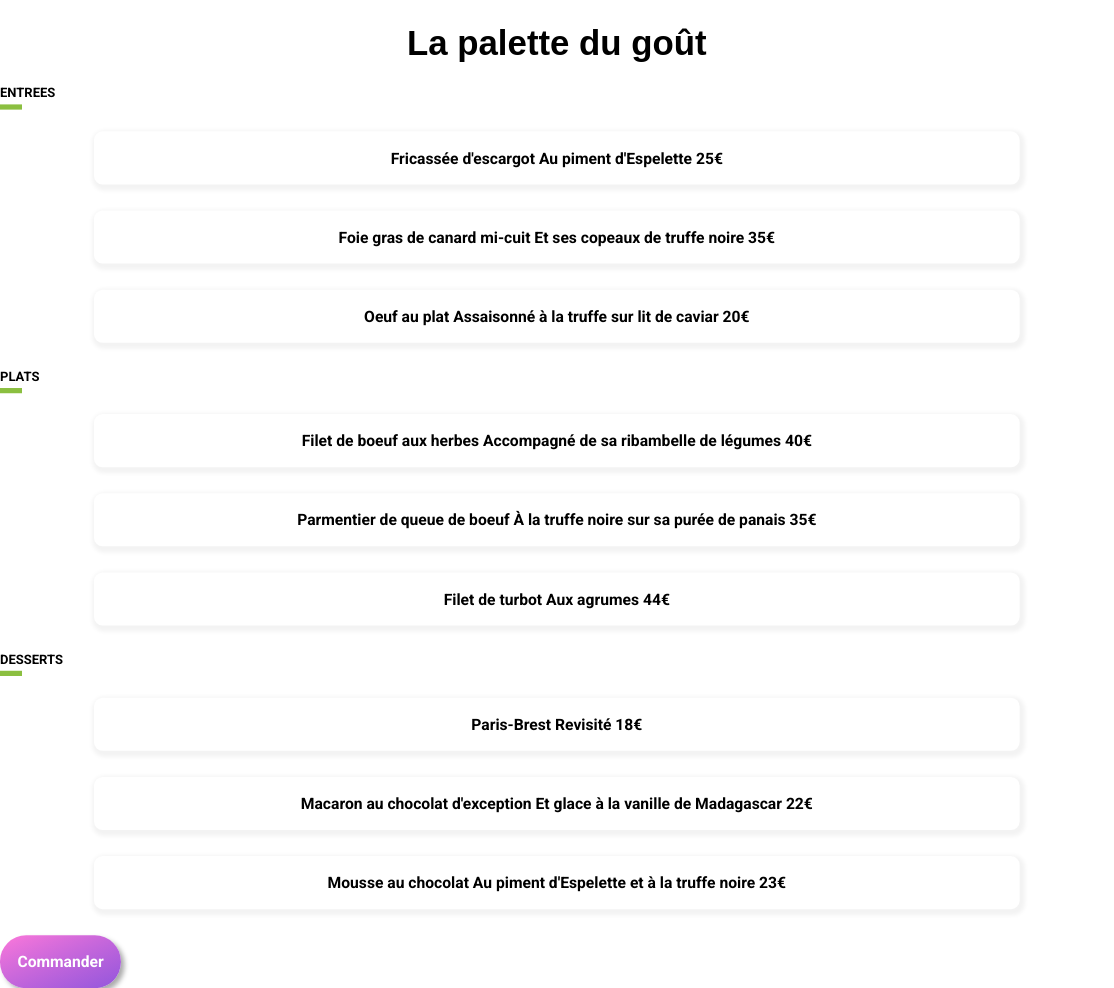
Repository: lysianebo/OHMYFOOD
Page: La_palette_du_goût.html
An editor plug-in stored every save of this project. The page is shown before and after the next save, followed by the edit.
The browser window is 1280 px wide. The pictures show the whole page, at 87% of full size.
Some web fonts or font styles are not loaded; a fallback is used. Some web libraries are served in a nearby version.

Above is the page before, as saved 2022-11-26 18:47:25.

### La_palette_du_goût.html
<!DOCTYPE html>
<html lang="en">
<head>
    <meta charset="UTF-8">
    <meta http-equiv="X-UA-Compatible" content="IE=edge">
    <meta name="viewport" content="width=device-width, initial-scale=1.0">
    <link rel="stylesheet" href="public/css/main.css"/>
    <title>Document</title>
</head>

<body>
    <h1>La palette du goût</h1>

    <h5 class="bordered-bottom">entrees</h5>
    <a href="" class="btn grey">Fricassée d'escargot
    Au piment d'Espelette
    25€</a>

    <a href="" class="btn grey">Foie gras de canard mi-cuit
    Et ses copeaux de truffe noire
    35€</a>

    <a href="" class="btn grey">Oeuf au plat
    Assaisonné à la truffe sur lit de caviar
    20€</a>


  <h5 class="bordered-bottom">Plats</h5>
    <a href="" class="btn grey">Filet de boeuf aux herbes
    Accompagné de sa ribambelle de légumes
    40€</a>

    <a href="" class="btn grey">Parmentier de queue de boeuf
    À la truffe noire sur sa purée de panais
    35€</a>

    <a href="" class="btn grey">Filet de turbot
    Aux agrumes
    44€</a>

   <h5 class="bordered-bottom"> Desserts </h5>
    <a href="" class="btn grey">Paris-Brest
    Revisité
    18€</a>

    <a href="" class="btn grey">Macaron au chocolat d'exception
    Et glace à la vanille de Madagascar
    22€</a>

    <a href="" class="btn grey">Mousse au chocolat
    Au piment d'Espelette et à la truffe noire
    23€  </a>
    <a href="" class="btn pink">Commander</a>
</body>
</html>

### public/css/main.css
@import url("https://fonts.googleapis.com/css2?family=Roboto:wght@400;500;700;900&display=swap");
@import url("https://fonts.googleapis.com/css2?family=Shrikhand&display=swap");
@import url("https://cdnjs.cloudflare.com/ajax/libs/font-awesome/6.1.2/css/all.css");
body {
  font-family: Roboto, sans-serif;
  font-size: 18px;
  margin: 0;
  padding: 0;
}

h1 {
  font-family: Shrikhand, sans-serif;
  font-size: 40px;
  font-weight: 700;
  line-height: 1.1;
  text-align: center;
}

h2, h3, p {
  padding-left: 20px;
}

h4 {
  font-family: Shrikhand, sans-serif;
  font-size: 30px;
}

i {
  font-family: Font Awesome 6 Free;
  font-size: 20px;
  width: 25px;
}

ul {
  list-style-type: none;
  text-decoration: none;
}

a {
  text-decoration: none;
  color: #000;
}

span {
  font-family: Roboto, sans-serif;
  font-size: 50px;
}

h5 {
  text-transform: uppercase;
  padding-bottom: 10px;
}

h6 {
  font-weight: 700;
}

main form {
  display: flex;
  flex-direction: row;
  justify-content: center;
  align-items: center;
  background-color: #dadada;
  height: 70px;
  box-shadow: inset 0px 4px 5px #eeeeee;
}
main form input, main form label {
  border: none;
  background-color: transparent;
  margin: 0px;
  font-size: larger;
  font-weight: 900;
}
main .introduction, main .Liste_restaurants {
  display: flex;
  flex-direction: column;
  justify-content: center;
  align-items: center;
  text-align: center;
  background-color: #f3f3f3;
  padding-bottom: 30px;
}

footer, footer a {
  background-color: #000000;
  color: #FFFFFF;
}
footer h4, footer ul, footer a h4, footer a ul {
  padding: 20px 0 10px 40px;
  line-height: 1.7;
}
footer ul, footer a ul {
  padding-top: 0px;
}
footer i, footer a i {
  font-size: 15px;
  width: 30px;
  padding-right: 20px;
}

main {
  position: relative;
}

.image img {
  height: 300px;
  width: 100%;
  object-fit: cover;
  opacity: 0.7;
  z-index: 1;
}

.menu {
  position: absolute;
  background-color: white;
  border-radius: 30px;
  margin-top: -50px;
  width: 100%;
}
.menu h1 {
  font-size: 20px;
}

.bordered-bottom {
  background-image: linear-gradient(to right, rgb(139, 191, 64) 50%, transparent 50%);
  background-size: 50px 6px;
  background-repeat: no-repeat;
  background-position: 0% 100%;
}

.restaurant_card {
  background-color: #FFFFFF;
  margin: auto;
  margin-bottom: 30px;
  position: relative;
  width: 90%;
  box-shadow: rgba(24, 24, 24, 0.35) 0px 5px 15px;
  border-radius: 15px;
  padding: 0px;
}
.restaurant_card img {
  width: 98%;
  height: 200px;
  object-fit: cover;
  border-radius: 15px;
}
.restaurant_card .green_card {
  background-color: #99E2D0;
  color: #2c9c81;
  font-weight: 700;
  position: absolute;
  right: 3%;
  top: 5%;
  padding: 5px;
  border-radius: 3%;
}

.btn {
  display: inline-block;
  margin: auto;
  padding: 20px;
  font-weight: bold;
  width: fit-content;
  border-radius: 10px;
}
.btn.pink {
  background: linear-gradient(to bottom right, #FF79DA, 45%, #9356DC);
  color: white;
  border-radius: 30px;
  box-shadow: 4px 4px 6px #aaa;
}
.btn.pink:hover {
  background: linear-gradient(170deg, #ff93e1 0%, #a16be0 100%);
  box-shadow: 5px 7px 8px rgb(210, 210, 210);
}
.btn.grey {
  display: flex;
  flex-direction: row;
  justify-content: center;
  align-items: center;
  align-items: center;
  width: 80%;
  margin: auto;
  margin-bottom: 30px;
  background-color: white;
  color: #000000;
  box-shadow: 2px 3px 5px 4px #f3f3f3;
}
.btn.grey:hover {
  background-color: #f2eafb;
  box-shadow: 5px 7px 8px rgb(210, 210, 210);
}
.btn .fa-solid {
  align-items: center;
  width: 40px;
}
.btn .fa-solid .fa-mobile-screen-button {
  padding-left: 50px;
}

i {
  font-size: 22px;
}
i.fa-mobile-screen {
  font-size: 24px;
  padding-right: 0px;
}
i.fa-circle-1 {
  color: 0;
  position: relative;
  padding: 0;
  margin: 0;
}

.description {
  position: relative;
  padding-bottom: 15px;
}

.description i {
  font-size: 22px;
  position: absolute;
  top: 30%;
  right: 1rem;
}

.description .far {
  background: none;
  transition: all 350ms ease-in-out;
}

:hover .far {
  opacity: 0;
  transform: scale(0);
}

.description .fa {
  opacity: 0;
  transform: scale(0);
  background: linear-gradient(#FF79DA, #9356DC);
  -webkit-background-clip: text;
  -moz-background-clip: text;
  background-clip: text;
  -webkit-text-fill-color: transparent;
}

:hover .description .fa {
  opacity: 1;
  transform: scale(1);
}

/*# sourceMappingURL=main.css.map */

After the next save:
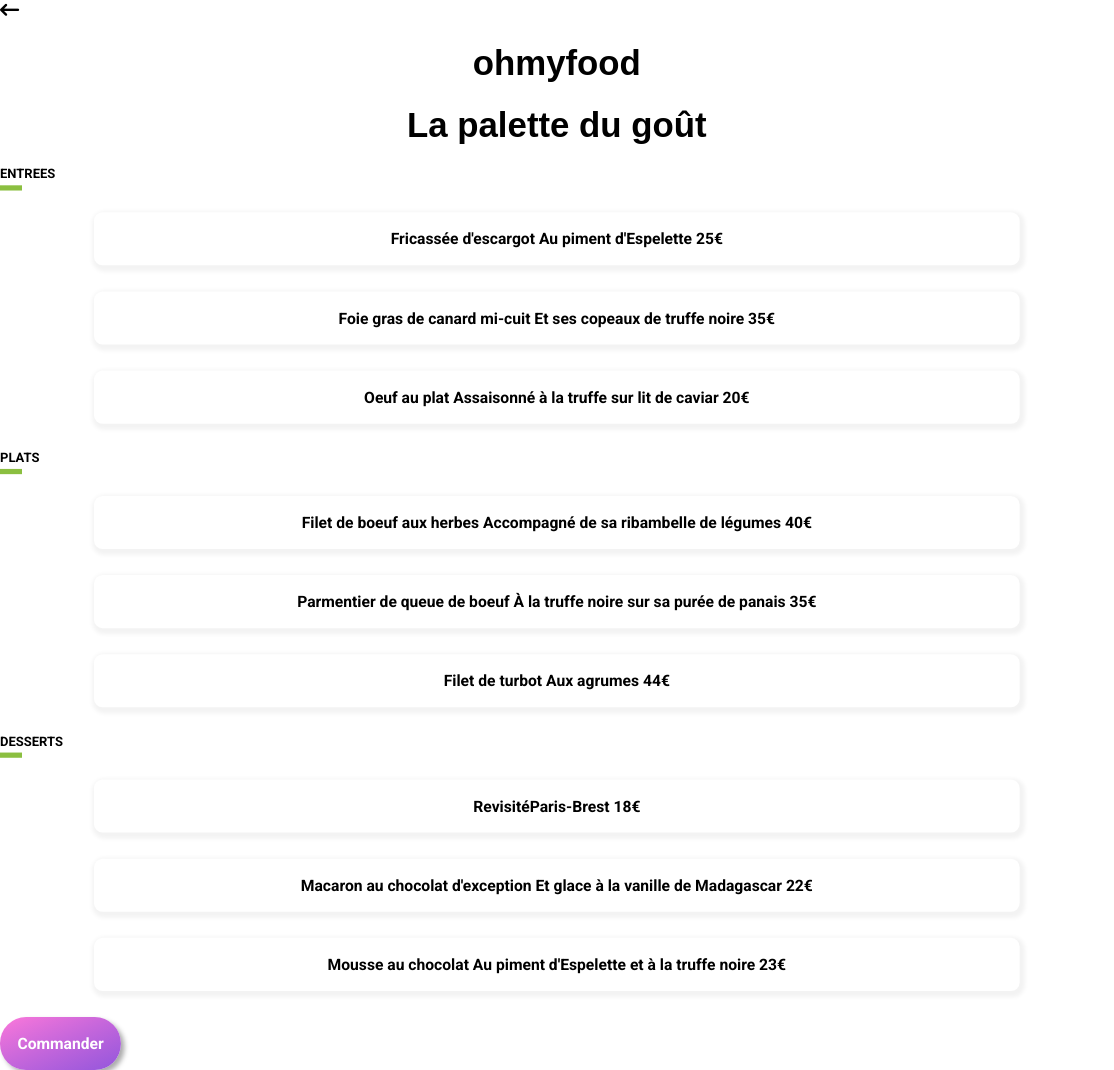
Saved 3 h 29 min later.
--- a/La_palette_du_goût.html
+++ b/La_palette_du_goût.html
@@ -7,7 +7,9 @@
     <link rel="stylesheet" href="public/css/main.css"/>
     <title>Document</title>
 </head>
-
+<header>
+  <a href="index.html"><i class="fa fa-arrow-left-long"></i></a>  <h1>ohmyfood</h1>
+</header>
 <body>
     <h1>La palette du goût</h1>
 
@@ -39,8 +41,8 @@
     44€</a>
 
    <h5 class="bordered-bottom"> Desserts </h5>
-    <a href="" class="btn grey">Paris-Brest
-    Revisité
+    <a href="" class="btn grey">
+    RevisitéParis-Brest
     18€</a>
 
     <a href="" class="btn grey">Macaron au chocolat d'exception
